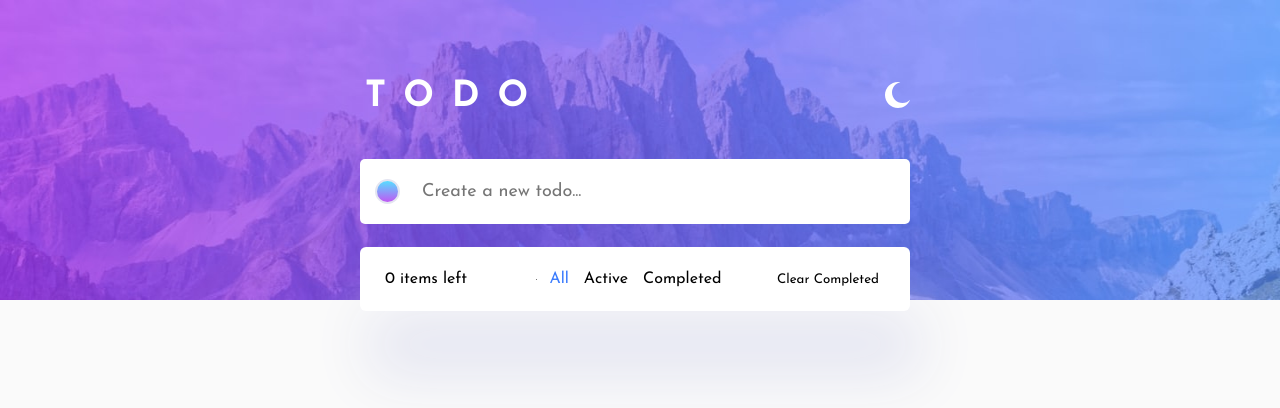
Repository: Haviles04/todoapp
Page: /
The author's editor kept a copy of each file at every save. The page is drawn from the files as they stood at one save, then again after the next save.
The browser window is 1280 px wide. The pictures show the whole page.
The pointer rests on the first visible `.circleBtn`.
The project was rebuilt for these pictures with package versions that can differ from the ones it lists, and the page was loaded fresh each time.

Above is the page before, as saved 2022-10-24 16:54:59.

### public/index.html
<!DOCTYPE html>
<html lang="en">
  <head>
    <meta charset="utf-8" />
    <meta name="viewport" content="width=device-width, initial-scale=1" />
    <meta name="theme-color" content="#000000" />
    <meta
      name="description"
      content="Web site created using create-react-app"
    />

    <title>Todo App</title>
  </head>
  <body>

    <div id="root"></div>

  </body>
</html>

### src/App.js
import React, { useEffect, useState } from "react";
import "./App.css";
import TaskForm from "./components/taskForm/TaskForm";
import TaskList from "./components/taskList/TaskList";
import Header from "./components/header/Header";



function App() {
  let todoNumber;

  const [todo, setTodo] = useState("");


  const [todoList, setTodoList] = useState(() => {
    //checks to see if there is a todoList saved to local storage, if not returns empty array
    const savedTodoList = localStorage.getItem("todoList");
    if (savedTodoList) {
      return JSON.parse(savedTodoList);
    } else {
      return [];
    }
  });


  //sets "todo" as whatever value of input field is.
  function onChange(e) {
    e.preventDefault();
    setTodo(e.target.value);
  }


  //pushes new "todo" to the setTodoList array
  function handleClick(e) {
    e.preventDefault();

    if(todoList.length > 0){
      todoNumber = todoList.length;
    } else{
      todoNumber = 0;
    }

    const newTodo = {
      text: todo,
      complete: false,
      id: (todoNumber += 1),
    };

    setTodo("");
    setTodoList([...todoList].concat(newTodo));
    document.getElementById("taskInput").value = "";
  }

  useEffect(() => {
    localStorage.setItem("todoList", JSON.stringify(todoList));
  }, [todoList]);



  return (
    <div className="App">
      <Header />
      <TaskForm onChange={onChange} handleClick={handleClick} todo={todo} />
      <TaskList todoList={todoList} setTodoList={setTodoList} />
    </div>
  );
}

export default App;

### src/App.css
@import url('https://fonts.googleapis.com/css2?family=Josefin+Sans:wght@400;700&display=swap');

body, html{
    width: 100vw;
    height: auto;
    margin: 0;
    font-family: 'Josefin Sans', sans-serif;
    font-size: 18px;
    display: flex;
    justify-content: center;
    background-image: url('./assests/bg-desktop-light.jpg');
    background-repeat: no-repeat;
    background-size: 100% 300px;
    background-color: hsl(0, 0%, 98%);
}


@media only screen and (max-width:600px ){
    body,html{
        background-image: url('./assests/bg-mobile-light.jpg');
        background-size: 100% 200px, contain;
    }

    .App{
        display: flex;
        flex-direction: column;
        justify-content: center;
        width: 100%;
    }
  }

### src/components/taskForm/TaskForm.jsx
import React from "react";
import "./taskForm.css";

function TaskForm(props) {
  return (
    <div className="inputContainer">
      <form onSubmit={props.handleClick}>
        <button id="taskBtn" className="circleBtn" type="submit"></button>
        <input
          id="taskInput"
          className="taskInput"
          type="text"
          placeholder="Create a new todo..."
          onChange={props.onChange}
        ></input>
      </form>
    </div>
  );
}

export default TaskForm;

### src/components/taskList/TaskList.jsx
import React, { useState } from "react";
import "./taskList.css";
import TaskItem from "../taskItem/TaskItem";
import OptionsFooter from "../optionsFooter/OptionsFooter";

function TaskList({ todoList, setTodoList }) {
  const [listType, setListType] = useState("all");


  return (
    <div className="taskDisplay">
      <TaskItem
        todoList={todoList}
        listType={listType}
        setTodoList={setTodoList}

      />
      <OptionsFooter
        todoList={todoList}
        setListType={setListType}
        setTodoList={setTodoList}
      />
    </div>
  );
}

export default TaskList;

### src/components/header/Header.jsx
import React from 'react'
import './header.css'


function Header() {
  return (
    <div id="header" className='header'>

        <h1>TODO</h1>
        <button className='modeToggle'></button>

    </div>
  )
}

export default Header

### src/components/taskForm/taskForm.css
.inputContainer{
    height: 65px;
    width: 550px;
    background-color: white;
    border-radius: 5px;
    display: flex;
    justify-content: space-between;
    align-items: center;
    margin-top: 15px;
}

form{
    display:flex;
    align-items: center;
}

.taskInput{
    width: 450px;
    height: 30px;
    margin-left: 20px;
    font-family: 'Josefin Sans', sans-serif;
    border: 0;
    outline: none;
    font-size: 18px;
}

.circleBtn{
    width:25px;
    height: 25px;
    border-radius: 50%;
    border:2px solid hsl(236, 33%, 92%);
    background-color: transparent;
    margin-left: 15px;
    background-position: center;
}

.circleBtn:hover{
    cursor: pointer;
    background:linear-gradient(hsl(192, 100%, 67%), hsl(280, 87%, 65%));
}


@media only screen and (max-width:600px ){
  .inputContainer{
    width: 325px;
    height: 50px;
  }


    .taskInput{
    width: auto;
  }
}

### src/components/taskList/taskList.css
.taskDisplay {
  margin-top: 23px;
  width: 550px;
  height: auto;
  background-color: white;
  border-radius: 6px;
  box-shadow: 10px 65px 60px hsl(236, 33%, 92%);
}

@media only screen and (max-width:600px ){
  .taskDisplay{
    width: 325px;
    margin-top: 15px;
  }
}

### src/components/taskItem/TaskItem.jsx
import React from "react";
import "./taskItem.css";

function TaskItem({ listType, todoList,setTodoList }) {
  let displayList = [];

  //determines which list type to display
  if (listType === "all") {
    displayList = [...todoList];
  } else if (listType === "active") {
    displayList = [...todoList].filter((todo) => !todo.complete);
  } else {
    displayList = [...todoList].filter((todo) => todo.complete);
  }


  //sets the current todo as complete inside of the array, runs pluralize to change "task left" at bottom
  function completeTask(id) {
    todoList.forEach((todo) => {
      if (todo.id === id) {
        todo.complete = !todo.complete;
      }

      setTodoList(todoList);

    });
  }

  return (
    <>
      {displayList.map((todo) => {
        if (todo.complete) {
          return (
            <div id={`container_${todo.id}`} key={todo.id} className="todoList">
              <label>
                <input
                  type="checkbox"
                  display="hidden"
                  name={`checkID${todo.id}`}
                  onClick={() => completeTask(todo.id)}
                  className="checkComplete"
                  defaultChecked
                ></input>
                <span className="checkboxSpan" />
                <span className="todoText">{todo.text}</span>
              </label>
            </div>
          );
        } else {
          return (
            <div id={`container_${todo.id}`} key={todo.id} className="todoList">
              <label>
                <input
                  type="checkbox"
                  display="hidden"
                  name={`checkID${todo.id}`}
                  onClick={() => completeTask(todo.id)}
                  className="checkComplete"
                ></input>
                <span className="checkboxSpan" />
                <span className="todoText">{todo.text}</span>
              </label>
            </div>
          );
        }
      })}
    </>
  );
}

export default TaskItem;

### src/components/optionsFooter/OptionsFooter.jsx
import React, { useEffect, useState } from "react";
import "./optionsFooter.css";

function OptionsFooter(props) {
  const [plural, setPlural] = useState("");
  useEffect(() => pluralize());

  //Checks to see how many items are on the list, and makes "item" plural
  function pluralize() {
    setPlural(() => {
      let countOverOne = [...props.todoList].filter(
        (todo) => !todo.complete
      ).length;
      if (countOverOne === 1) {
        return `${countOverOne} item left`;
      } else {
        return `${countOverOne} items left`;
      }
    });
  }

  //clears Completed from array
  function clearComplete() {
    let activeArray = [...props.todoList].filter((todo) => !todo.complete);
    props.setTodoList(activeArray);
  }

  return (
    <div className="completedActiveOptions">
      <span className="todoCount">{plural}</span>
      <div className="options">
      <form>
        <input
          id="all"
          type="radio"
          name="completeActiveAll"
          className="completeActiveAll"
          onClick={() => props.setListType("all")}
          defaultChecked
        />
        <label className="todoStatusLabel" htmlFor="all">
          All
        </label>
        <input
          id="active"
          type="radio"
          name="completeActiveAll"
          className="completeActiveAll"
          onClick={() => props.setListType("active")}
        />
        <label className="todoStatusLabel" htmlFor="active">
          Active
        </label>
        <input
          id="completed"
          type="radio"
          name="completeActiveAll"
          className="completeActiveAll"
          onClick={() => props.setListType("completed")}
        />
        <label className="todoStatusLabel" htmlFor="completed">
          Completed
        </label>
      </form>
      </div>
      <button className="clearComplete" onClick={clearComplete}>
        Clear Completed
      </button>
    </div>
  );
}

export default OptionsFooter;

### src/components/header/header.css
.header{
    padding: 5px;
    width: 550px;
    margin-top: 50px;
    display: flex;
    justify-content: space-between;
    align-items: center;
}

.modeToggle{
    background-image: url('../../assests/icon-moon.svg');
    height: 30px;
    width: 30px;
    border: none;
    background-color: transparent;
    background-repeat: no-repeat;
}

.modeToggle:hover{
    cursor: pointer;
}

.header h1{
    color: white;
    letter-spacing: 1rem;
}

@media only screen and (max-width:600px ){
    .header{
        width: 100%;
        margin-top: 20px;
        font-size: 14px;
    }
  }

### src/components/taskItem/taskItem.css
.todoList {
    min-width: 450px;
    height: 64px;
    display: flex;
    align-items: center;
    font-family: "Josefin Sans", sans-serif;
    border: 0;
    outline: none;
    font-size: 18px;
    box-sizing: border-box;
    border-bottom: 1px solid hsl(236, 33%, 92%);
  }

  .checkComplete {
    position: absolute;
    width: 1px;
    height: 1px;
    margin: -1px;
    z-index: -1;
  }

  .taskDisplay label {
    display: flex;
    align-items: center;
    gap: 8px;
  }

  input:checked ~ .todoText {
    text-decoration: line-through;
    color:hsl(236, 33%, 92%);
  }

  input:checked + .checkboxSpan {
    background-repeat: no-repeat;
    background-image: url(../../assests/icon-check.svg),
      linear-gradient(hsl(192, 100%, 67%), hsl(280, 87%, 65%));
    background-position: center;
  }

  .checkboxSpan {
    display: inline-block;
    height: 20px;
    width: 20px;
    border-radius: 50%;
    border: 2px solid hsl(236, 33%, 92%);
    margin-left: 15px;
    margin-right: 15px;
  }

  .checkboxSpan:hover{
      cursor: pointer;
  }

  .todoText:hover{
      cursor: pointer;
  }


  @media only screen and (max-width:600px ){
    .todoList{
      min-width: auto;
      width: 325px;
      height: 60px
    }
  }

### src/components/optionsFooter/optionsFooter.css
.completedActiveOptions{
    height: 64px;
    display: flex;
    flex-direction: row;
    align-items: center;
    justify-content: space-between;
    font-size: 16px;
}

.todoCount {
    margin-left: 25px;
    width:100px;
    box-sizing: border-box;
}

.completeActiveAll{
    position: absolute;
    width: 1px;
    height: 1px;
    margin: 1px;
}

.todoStatusLabel{
    margin-left: 15px;
}

.todoStatusLabel:hover{
    color: hsl(220, 98%, 61%);
    cursor: pointer;
}

.completeActiveAll:checked + .todoStatusLabel{
    color: hsl(220, 98%, 61%);
}

.clearComplete{
    background-color: transparent;
    border: none;
    font-family:"Josefin Sans", sans-serif; ;
    margin-right:25px;
}

.clearComplete:hover{
    cursor: pointer;
    color: hsl(220, 98%, 61%);
}

@media only screen and (max-width:600px ){
    .options{
        position: relative;
        display: flex;
        justify-content: center;
        height: 50px;
        top:75px;
        background-color: white;
        border-radius: 5px;
    }
  }

Loaded but not shown: src/index.js (common file)

After the next save:
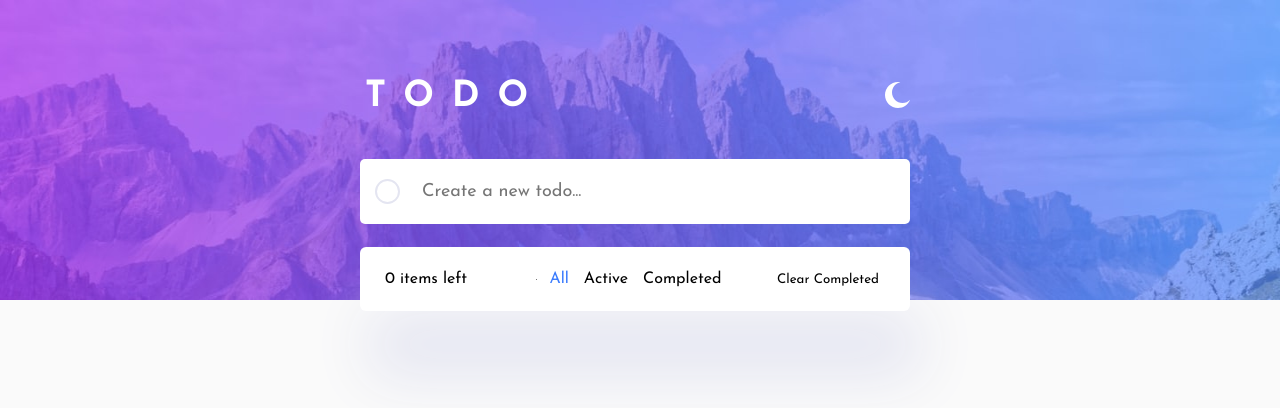
Saved 5 s later.
--- a/src/components/taskForm/taskForm.css
+++ b/src/components/taskForm/taskForm.css
@@ -36,7 +36,6 @@ form{
 
 .circleBtn:hover{
     cursor: pointer;
-    background:linear-gradient(hsl(192, 100%, 67%), hsl(280, 87%, 65%));
 }
 
 
